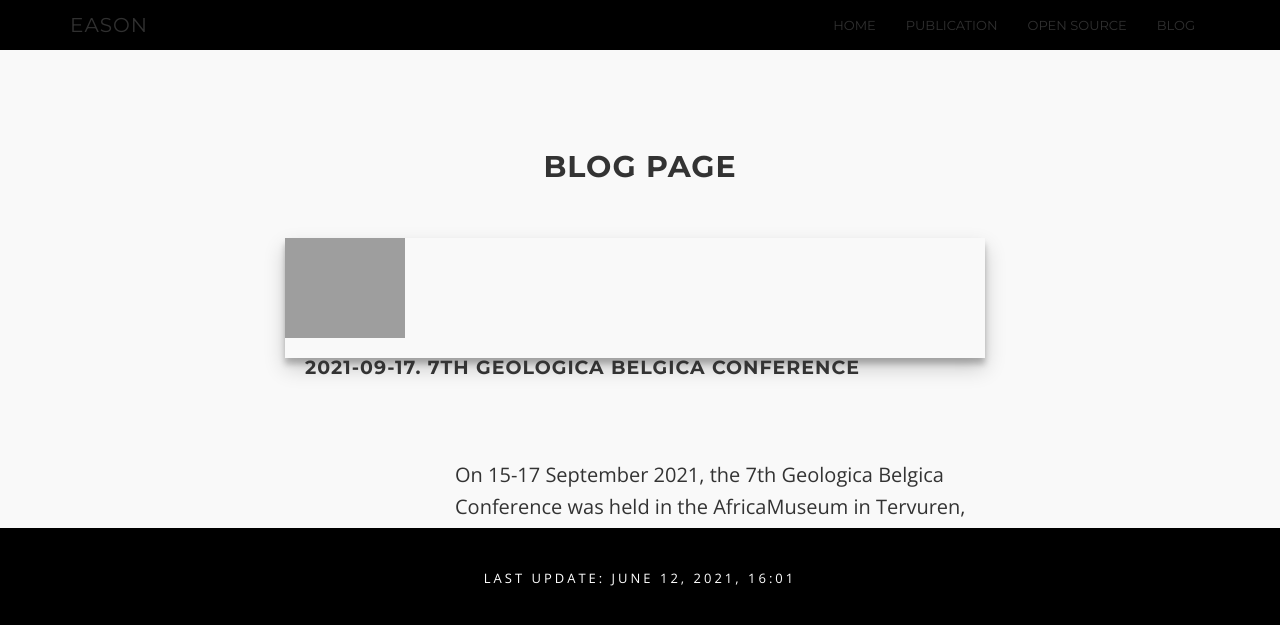
Repository: eazzzon/eazzzon.github.io
Page: blog.html
An editor plug-in stored every save of this project. The page is shown before and after a run of saves, followed by the edit.
The browser window is 1280 px wide. The pictures show the whole page.
Pictures or frames that could not be fetched are drawn as grey boxes.

Above is the page before, as saved 2021-09-18 13:15:28.

### blog.html
<!DOCTYPE html>
<html lang="en">
<head>
<meta charset="utf-8">
<meta http-equiv="X-UA-Compatible" content="IE=edge">
<meta name="viewport" content="width=device-width, initial-scale=1">
<meta name="description" content="">
<meta name="author" content="">
<title>yishen.zhang</title>
<!-- Bootstrap Core CSS -->
<link href="css/bootstrap.min.css" rel="stylesheet">
<!-- Custom CSS -->
<link href="css/theme.css" rel="stylesheet">
<!-- Custom Fonts -->
<link href="font-awesome/css/font-awesome.min.css" rel="stylesheet" type="text/css">
<link href="http://fonts.googleapis.com/css?family=Open+Sans:300,400,700,400italic,700italic" rel="stylesheet" type="text/css">
<link href="http://fonts.googleapis.com/css?family=Montserrat:400,700" rel="stylesheet" type="text/css">
<!-- HTML5 Shim and Respond.js IE8 support of HTML5 elements and media queries -->
<!-- WARNING: Respond.js doesn't work if you view the page via file:// -->
<!--[if lt IE 9]>
        <script src="https://oss.maxcdn.com/libs/html5shiv/3.7.0/html5shiv.js"></script>
        <script src="https://oss.maxcdn.com/libs/respond.js/1.4.2/respond.min.js"></script>
    <![endif]-->
</head>
<body id="page-top" data-spy="scroll" data-target=".navbar-fixed-top">
<!-- Navigation -->
<nav class="navbar navbar-custom navbar-fixed-top" role="navigation">
<div class="container">
	<div class="navbar-header">
		<button type="button" class="navbar-toggle" data-toggle="collapse" data-target=".navbar-main-collapse">
		<i class="fa fa-bars"></i>
		</button>
		<a class="navbar-brand page-scroll" href="index.html" style="color: #303030;">
		EASON </a>
	</div>
	<!-- Collect the nav links, forms, and other content for toggling -->
	<div class="collapse navbar-collapse navbar-right navbar-main-collapse">
		<ul class="nav navbar-nav" style="color: #303030;">
			<li>
			<a href="index.html">Home</a>
			</li>
			<li>
			<a href="publication.html">publication</a>
			</li>
			<li>
			<a href="opensource.html">open source</a>
			</li>
			<li>
			<a href="blog.html">blog</a>
			</li>
		</ul>
	</div>
	<!-- /.navbar-collapse -->
</div>
<!-- /.container -->
</nav>

<!-- Page Sample Section -->
<section id="page-sample">


<div class="container content-section text-left">
	<div class='container'>
		<div class="row">
			<h2 class="text-center">BLOG PAGE</h2>
			<div class="col-lg-8 col-lg-offset-2">
				<div class="post-box">
					<img class="box-img" src="https://geologicabelgica2021.africamuseum.be/sites/default/files/media/images/Logo%20Geologica%20Belgica.png" alt="lower crust foundering" />
					<div class="box-text">
						<a  href="post20210917.html">
							<h4 class="box-text">2021-09-17. 7th Geologica Belgica Conference </h4>
						</a>
						<p class="p">On 15-17 September 2021, the 7th Geologica Belgica Conference was held in the AfricaMuseum in Tervuren, Belgium... <a href="post20210917.html" style="color:rgb(141, 53, 53);">Read More</a></p>
					</div>
				</div>
				</div>

			</div>
		</div>
	</div>
</div>
</section>




<!-- Footer -->
<footer>
<div class="container text-center">
	<p class="credits">
		last update: June 12, 2021, 16:01
	</p>
</div>
</footer>
<!-- jQuery -->
<script src="js/jquery.js"></script>
<!-- Bootstrap Core JavaScript -->
<script src="js/bootstrap.min.js"></script>
<!-- Plugin JavaScript -->
<script src="js/jquery.easing.min.js"></script>
<!-- Custom Theme JavaScript -->
<script src="js/theme.js"></script>
</body>
</html>

### css/theme.css
/* Aries v1.0 - by WowThemes.net */
body {
	width:100%;
	height:100%;
	font-family:Open Sans,"Helvetica Neue",Helvetica,Arial,sans-serif;
	color:#fff;
	background-color:#000;
	 font-weight:300;
}
html {
	width:100%;
	height:100%;
}
h1,h2,h3,h4,h5,h6 {
	margin:0 0 35px;
	text-transform:uppercase;
	font-family:Montserrat,"Helvetica Neue",Helvetica,Arial,sans-serif;
	font-weight:700;
	letter-spacing:1px;
}
p {
	margin:0 0 25px;
	font-size:18px;
	line-height:1.5;
}
@media(min-width:768px) {
	p {
		margin:0 0 35px;
		font-size:20px;
		line-height:1.6;
	}
}
a {
	color:inherit;
	-webkit-transition:all .2s ease-in-out;
	-moz-transition:all .2s ease-in-out;
	transition:all .2s ease-in-out;
}
a:hover,a:focus {
	text-decoration:none;
	color:inherit;
}
.light {
	font-weight:400;
}
.navbar-custom {
	margin-bottom:0;
	border-bottom:1px solid rgba(255,255,255,.3);
	text-transform:uppercase;
	font-family:Montserrat,"Helvetica Neue",Helvetica,Arial,sans-serif;
	background-color:#000;
}
.navbar-custom .navbar-brand {
	font-size:20px;
	text-transform:none;
	letter-spacing:1px;
}
.navbar-custom .navbar-brand:focus {
	outline:0;
}
.navbar-custom .navbar-brand .navbar-toggle {
	padding:4px 6px;
	font-size:16px;
	color:#fff;
}
.navbar-custom .navbar-brand .navbar-toggle:focus,.navbar-custom .navbar-brand .navbar-toggle:active {
	outline:0;
}
.navbar-custom a {
}
.navbar-custom .nav li a {
	-webkit-transition:background .3s ease-in-out;
	-moz-transition:background .3s ease-in-out;
	transition:background .3s ease-in-out;
}
.navbar-custom .nav li a:hover {
	outline:0;
	color:#1ba39c;
	background-color:transparent;
}
.navbar-custom .nav li a:focus,.navbar-custom .nav li a:active {
	outline:0;
	background-color:transparent;
}
.navbar-custom .nav li.active {
	outline:0;
}
.navbar-custom .nav li.active a {
	color:#1ba39c;
}
.navbar-custom .nav li.active a:hover {
	color:#1ba39c;
}
@media(min-width:768px) {
	.navbar-custom {
		padding:20px 0;
		border-bottom:0;
		font-size:13px;
		background:0 0;
		-webkit-transition:background .5s ease-in-out,padding .5s ease-in-out;
		-moz-transition:background .5s ease-in-out,padding .5s ease-in-out;
		transition:background .5s ease-in-out,padding .5s ease-in-out;
	}
		 .navbar-custom.top-nav-collapse {
		 padding:0;
		border-bottom:1px solid rgba(255,255,255,.3);
		color:#333;
			background:#fff;
	}
	.navbar-custom.top-nav-collapse a {
		color:#333;
		display:inline-block;
	}
}
.intro {
	display:table;
	width:100%;
	height:auto;
	padding:100px 0 100px 0;
	text-align:center;
	color:#fff;
	background-image:radial-gradient(circle at 50% 50%,rgba(95, 94, 94, 0.46),rgba(56, 56, 56, 0.88)), url('labelled.png');
	-webkit-background-size:cover;
	-moz-background-size:cover;
	background-size:cover;
	-o-background-size:cover;
}
.intro .intro-body {
	display:table-cell;
	vertical-align:middle;
}
.intro .intro-body .brand-heading {
	font-size:40px;
}
.intro .intro-body .intro-text {
	font-size:18px;
}
@media(min-width:768px) {
	.intro {
		height:100%;
		padding:0;
	}
	.intro .intro-body .brand-heading {
		font-size:60px;
		margin-top:90px;
		margin-bottom:20px;
		border-top:2px solid #fff;
		border-bottom:2px solid #fff;
		display:inline-block;
		padding:10px 0;
	}
	.intro .intro-body .intro-text {
		font-size:20px;
			font-weight:300;
			letter-spacing:3px;
	}
}
.btn-circle {
	width:50px;
	height:50px;
	margin-top:15px;
	line-height:40px;
	text-align:center;
	border:2px solid #fff;
	border-radius:100%!important;
	font-size:20px;
	color:#fff;
	background:0 0;
	-webkit-transition:background .3s ease-in-out;
	-moz-transition:background .3s ease-in-out;
	transition:background .3s ease-in-out;
}
.btn-circle:hover,.btn-circle:focus {
	outline:0;
	color:#fff;
	background:rgba(255,255,255,.1);
}
.btn-circle i.animated {
	-webkit-transition-property:-webkit-transform;
	-webkit-transition-duration:1s;
	-moz-transition-property:-moz-transform;
	-moz-transition-duration:1s;
}
.btn-circle:hover i.animated {
	-webkit-animation-name:pulse;
	-moz-animation-name:pulse;
	-webkit-animation-duration:1.5s;
	-moz-animation-duration:1.5s;
	-webkit-animation-iteration-count:infinite;
	-moz-animation-iteration-count:infinite;
	-webkit-animation-timing-function:linear;
	-moz-animation-timing-function:linear;
}
@-webkit-keyframes pulse {
	0% {
		-webkit-transform:scale(1);
		transform:scale(1);
	}
	50% {
		-webkit-transform:scale(1.2);
		transform:scale(1.2);
	}
	100% {
		-webkit-transform:scale(1);
		transform:scale(1);
	}
}
@-moz-keyframes pulse {
	0% {
		-moz-transform:scale(1);
		transform:scale(1);
	}
	50% {
		-moz-transform:scale(1.2);
		transform:scale(1.2);
	}
	100% {
		-moz-transform:scale(1);
		transform:scale(1);
	}
}
.content-section {
	padding:40px 0;
	clear:both;
}
@media(min-width:767px) {
	.content-section {
		padding:150px 0;
			 clear:both;
	}
}
.btn {
	border-radius:0;
	text-transform:uppercase;
	font-family:Montserrat,"Helvetica Neue",Helvetica,Arial,sans-serif;
	font-weight:400;
	-webkit-transition:all .3s ease-in-out;
	-moz-transition:all .3s ease-in-out;
	transition:all .3s ease-in-out;
}
.btn-default {
	border:1px solid #42dca3;
	color:#42dca3;
	background-color:transparent;
}
.btn-default:hover,.btn-default:focus {
	border:1px solid #42dca3;
	outline:0;
	color:#000;
	background-color:#42dca3;
}
ul.banner-social-buttons {
	margin-top:0;
}
@media(max-width:1199px) {
	ul.banner-social-buttons {
		margin-top:15px;
	}
}
@media(max-width:767px) {
	ul.banner-social-buttons li {
		display:block;
		margin-bottom:20px;
		padding:0;
	}
	ul.banner-social-buttons li:last-child {
		margin-bottom:0;
	}
}
footer {
	padding:40px 0;
	z-index:1;
	position:relative;
	clear:both;
}
footer p {
	margin:0;
	font-size:15px;
}
footer p.credits {
	text-transform:uppercase;
	font-size:13px;
	letter-spacing:3px;
}
::-moz-selection {
	text-shadow:none;
	background:#fcfcfc;
	background:rgba(255,255,255,.2);
}
::selection {
	text-shadow:none;
	background:#fcfcfc;
	background:rgba(255,255,255,.2);
}
img::selection {
	background:0 0;
}
img::-moz-selection {
	background:0 0;
}
body {
	webkit-tap-highlight-color:rgba(255,255,255,.2);
}
.bgblue {
	background:#22292c;
}
.inlineblock {
	display:inline-block;
}
p:last-child {
	margin-bottom:0;
}
p.lead {
	line-height:1.9;
}
.btnghost {
	border:2px solid #333;
	background-color:transparent;
	padding:15px 20px;
	letter-spacing:3px;
	font-size:12px;
	text-transform:uppercase;
	font-weight:400;
	color:#333;
	margin-top:20px;
	display:inline-block;
}
.btnghost:hover {
	background-color:#333;
	color:#fff;
	border:2px solid #333;
}
.bgcover {
	background-size:cover;
	background-repeat:no-repeat;
	position:relative;
}
img {
	max-width:100%;
}
.gallery ul {
	padding:0;
	margin:0;
}
.gallery img {
	max-width:100%;
	height:auto;
	padding:0;
	margin:0;
}
.gallery ul li {
	margin:0;
	position:relative;
	list-style:none;
	float:left;
	padding:0;
}
.gallery ul li a {
	display:block;
	position:relative;
	width:100%;
	height:100%;
	margin:0;
	padding:0;
	line-height:0;
}
.gallery ul li a:before {
	position:absolute;
	width:32px;
	height:32px;
	top:40%;
	left:50%;
	margin:-14px 0 0 -16px;
	/* background: url(data:[embedded picture, 2228 characters]) no-repeat; */
	content:"";
	opacity:0;
	z-index:1;
	-webkit-transition:all 0.3s linear;
	-moz-transition:all 0.3s linear;
	transition:all 0.3s linear;
}
.gallery ul li a:hover:before {
	top:50%;
	opacity:1;
}
.gallery ul li a:after {
	position:absolute;
	width:100%;
	top:0;
	bottom:0;
	background:rgba(0,0,0,0.3);
	content:"";
	opacity:0;
	-webkit-transition:all 0.3s linear;
	-moz-transition:all 0.3s linear;
	transition:all 0.3s linear;
}
.gallery ul li a:hover:after {
	opacity:1;
}
section:after {
	float:none;
	clear:both;
}
section {
	background-color:#f9f9f9;
	color:#333;
	overflow:hidden;
}
.done {
	display:none;
}
.error input,input.error,.error textarea,textarea.error {
	background-color:#ffffff;
	border-bottom:2px solid orangered !Important;
	-webkit-transition:border linear 0.2s,box-shadow linear 0.2s;
	-moz-transition:border linear 0.2s,box-shadow linear 0.2s;
	-o-transition:border linear 0.2s,box-shadow linear 0.2s;
	transition:border linear 0.2s,box-shadow linear 0.2s;
}

/* post-box style */
.post-box {
	width: 700px;
	height: 120px;
	margin: 20px;
	box-shadow: 0 10px 20px rgba(0, 0, 0, 0.19), 0 6px 6px rgba(0, 0, 0, 0.23);
  }

  .box-img {
	width: 120px;
	height: 100px;
	padding: 0px;
	margin: 0px;
  }

  .box-text {
	font-size: 19px;
	padding: 10px;
  }

  .p {
	padding: 50px;
	margin: 10px;
	position: relative;
	bottom: 15px;
	left: 100px;
  }

  .p2 {
	padding: 0px;
	margin: 0px;
	font-size: 15px;
	position: relative;
	left: 25px;
  }

### js/theme.js
// jQuery to collapse the navbar on scroll
$(window).scroll(function() {
    if ($(".navbar").offset().top > 50) {
        $(".navbar-fixed-top").addClass("top-nav-collapse");
    } else {
        $(".navbar-fixed-top").removeClass("top-nav-collapse");
    }
});

// jQuery for page scrolling feature - requires jQuery Easing plugin
$(function() {
    $('a.page-scroll').bind('click', function(event) {
        var $anchor = $(this);
        $('html, body').stop().animate({
            scrollTop: $($anchor.attr('href')).offset().top
        }, 1500, 'easeInOutExpo');
        event.preventDefault();
    });
});

// Closes the Responsive Menu on Menu Item Click
$('.navbar-collapse ul li a').click(function() {
    $('.navbar-toggle:visible').click();
});

Loaded but not shown: css/bootstrap.min.css (library); font-awesome/css/font-awesome.min.css (library); js/jquery.js (library); js/bootstrap.min.js (library); js/jquery.easing.min.js (library)

After the next 3 saves:
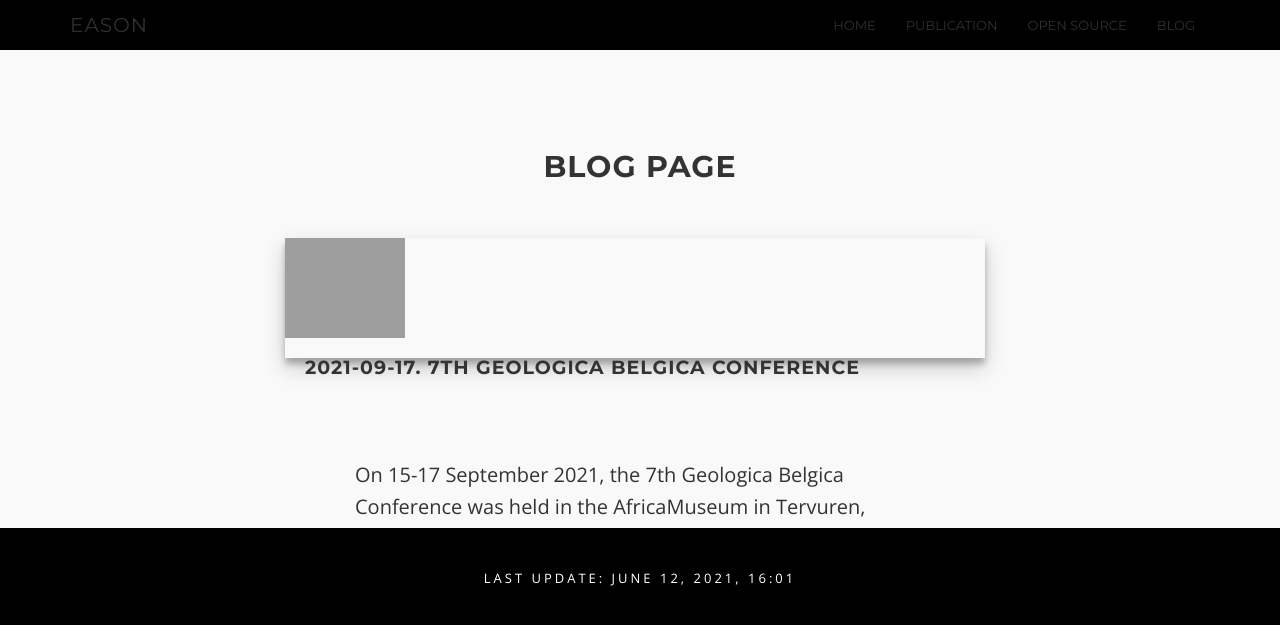
The 3 saves are shown as one change because they came seconds apart.
The last was saved 22 s later.
--- a/css/theme.css
+++ b/css/theme.css
@@ -437,6 +437,7 @@ section {
   .box-text {
 	font-size: 19px;
 	padding: 10px;
+	left: 70px;
   }
 
   .p {
@@ -444,7 +445,7 @@ section {
 	margin: 10px;
 	position: relative;
 	bottom: 15px;
-	left: 100px;
+	left: 0px;
   }
 
   .p2 {

After the 3 saves that followed:
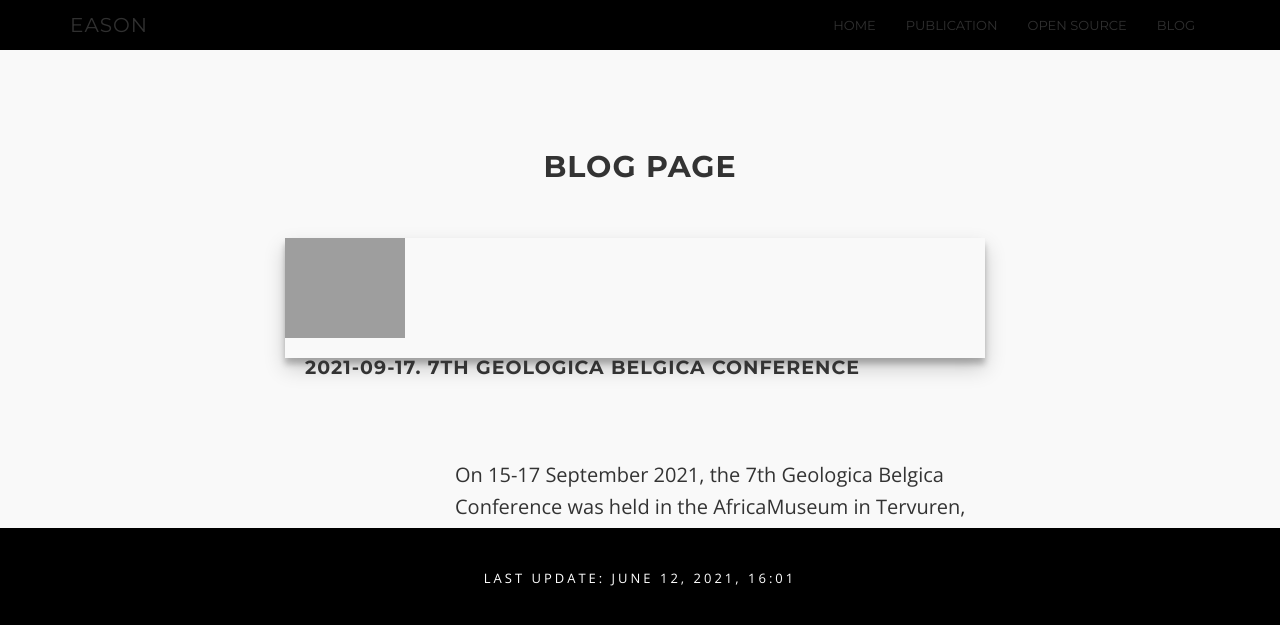
The 3 saves are shown as one change because they came seconds apart.
The last was saved 20 s later.
--- a/css/theme.css
+++ b/css/theme.css
@@ -445,7 +445,7 @@ section {
 	margin: 10px;
 	position: relative;
 	bottom: 15px;
-	left: 0px;
+	left: 100px;
   }
 
   .p2 {
